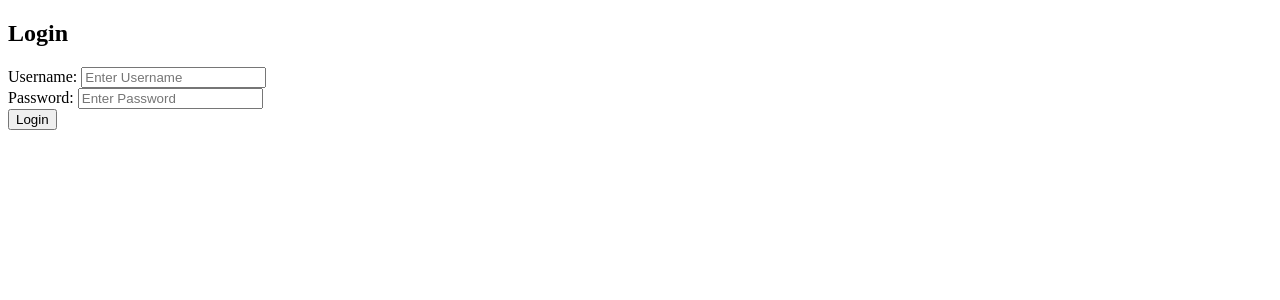
Repository: Hrithik25/Network-Labs
Page: http://localhost/mvcthree/
An editor plug-in stored every save of this project. The page is shown before and after the next save, followed by the edit.
The browser window is 1280 px wide. The pictures show the whole page.
The page is served by Tomcat 9.

Above is the page before, as saved 2022-08-19 09:27:50.

After the next save:
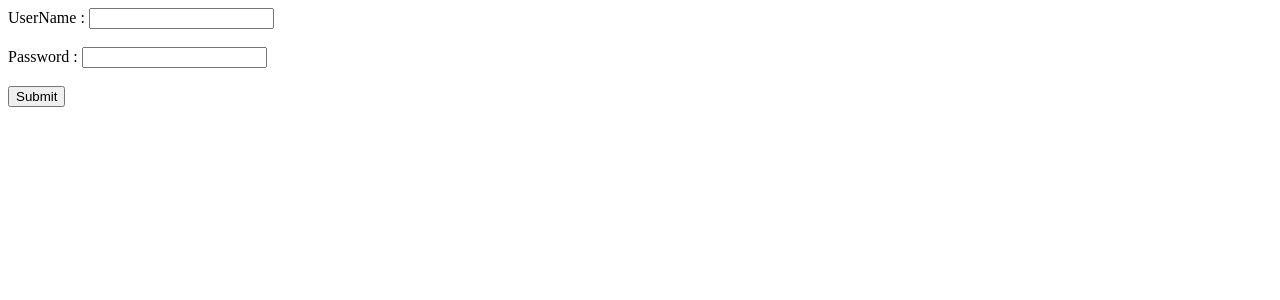
Saved 2 min 56 s later.
--- a/Lab Web/mvcthree/src/main/webapp/index.jsp
+++ b/Lab Web/mvcthree/src/main/webapp/index.jsp
@@ -1,5 +1,5 @@
 <%@ page language="java" contentType="text/html; charset=ISO-8859-1"
-    pageEncoding="ISO-8859-1"%>
+	pageEncoding="ISO-8859-1"%>
 <!DOCTYPE html>
 <html>
 <head>
@@ -7,11 +7,10 @@
 <title>Login</title>
 </head>
 <body>
-<h2>Login</h2>
-<form action="home" method="post">
-Username: <input type="text" placeholder="Enter Username" name="username"><br>
-Password: <input type="text" placeholder="Enter Password" name="password"><br>
-<button type="submit">Login</button>
-</form>
+	<form action="home">
+		UserName : <input type="text" name="name" /> <br><br>
+		Password : <input type="password" name="pass" /> <br><br>
+		<input type="submit" name="submit">
+	</form>
 </body>
 </html>
